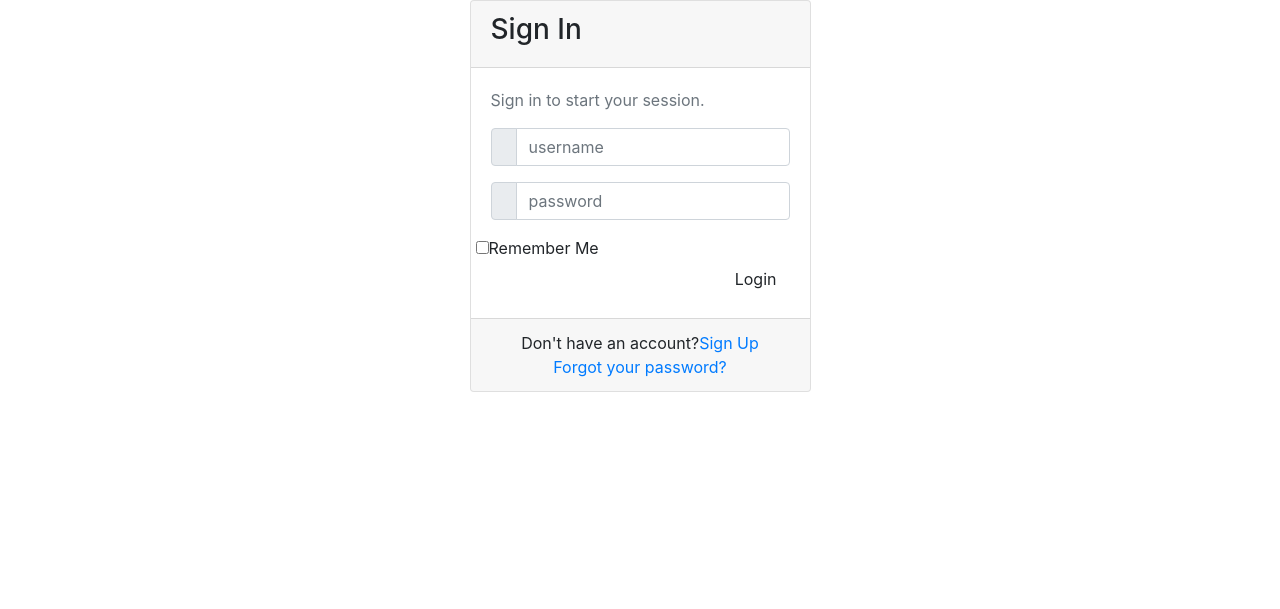
Repository: afsanarozan/viue-js
Page: /login
An editor plug-in stored every save of this project. The page is shown before and after the next save, followed by the edit.
The browser window is 1280 px wide. The pictures show the whole page.
Some web fonts or font styles are not loaded; a fallback is used. The project was rebuilt for these pictures with package versions that can differ from the ones it lists, and the page was loaded fresh each time. Also part of the build but not shown: src/components/modalEdit.vue, src/components/modalAdd.vue, src/components/Items.vue, src/views/Home/home.vue, src/views/Home/name.vue, src/views/Home/update.vue, src/views/Home/price.vue, src/views/Home/search.vue and 2 more.

Above is the page before, as saved 2020-10-02 09:27:32.

### public/index.html
<!DOCTYPE html>
<html lang="en">
  <head>
    <meta charset="utf-8">
    <meta http-equiv="X-UA-Compatible" content="IE=edge">
    <meta name="viewport" content="width=device-width,initial-scale=1.0">
    <link rel="icon" href="<%= BASE_URL %>favicon.ico">
    <title>Food</title>
    <!-- <%= htmlWebpackPlugin.options.title %> -->
    <!-- Font -->
    <link href="https://fonts.cdnfonts.com/css/airbnb-cereal-app?styles=36584" rel="stylesheet">
  </head>
  <body>
    <noscript>
      <strong>We're sorry but <%= htmlWebpackPlugin.options.title %> doesn't work properly without JavaScript enabled. Please enable it to continue.</strong>
    </noscript>



    <div id="app">

    </div>
    <!-- built files will be auto injected -->
     </body>
</html>

### src/main.js
import Vue from 'vue'
import App from './App.vue'
import router from './router'

import BootstrapVue, { BootstrapVueIcons } from 'bootstrap-vue'
import 'bootstrap/dist/css/bootstrap.css'
import 'bootstrap-vue/dist/bootstrap-vue.css'

Vue.config.productionTip = false
Vue.use(BootstrapVue)
Vue.use(BootstrapVueIcons)


new Vue({
  router,
  render: h => h(App),
}).$mount('#app')

### src/App.vue
<template>

    <div id="app">
      <router-view></router-view>
    </div>

</template>

<script>
export default {
  name: 'App',
}

</script>

<style></style>

### src/router.js
import Vue from "vue"
import VueRouter from "vue-router"
import home  from  './views/Home/home'
import name from './views/Home/name'
import update from './views/Home/update'
import price from './views/Home/price'
import search from './views/Home/search'
import about from './views/History/history'
import profile from './views/Profile/profile'
import login from './views/login/login'

Vue.use(VueRouter)

const routes = [
    {
        path: "/",
        name: "home",
        component: home,
    },
    {
        path: "/login",
        name: "login",
        component: login,
    },
    {
        path: "/history",
        name: "history",
        component: about,
    },
    {
        path: "/profile",
        name: "profile",
        component: profile,
    },
    {
        path: "/name",
        name: "name",
        component: name
    },
    {
        path: "/update",
        name: "update",
        component: update
    },
    {
        path: "/price",
        name: "price",
        component: price
    },
    {
        path: "/search",
        name: "search",
        component: search
    },
]

const mainRouter = new VueRouter({
    mode: 'history',
    routes,
})

export default  mainRouter

### src/views/login/login.vue
<template>
<div class="container">
        <div class="d-flex justify-content-center h-100">
            <div class="card">
                <div class="card-header">
                    <h3>Sign In</h3>
                </div>
                <div class="card-body">
                    <p v-if="!wrongCred" class="text-muted">Sign in to start your session.</p>
                    <p v-if="wrongCred" class="text-muted" >Wrong credentials entered!. Please enter your correct details.</p>
                    <form v-on:submit.prevent="loginUser">
                        <div class="input-group form-group">
                            <div class="input-group-prepend">
                                <span class="input-group-text"><i class="fas fa-user"></i></span>
                            </div>
                            <input type="text" v-model="username" class="form-control" placeholder="username">

                        </div>
                        <div class="input-group form-group">
                            <div class="input-group-prepend">
                                <span class="input-group-text"><i class="fas fa-key"></i></span>
                            </div>
                            <input v-model="password" type="password" class="form-control" placeholder="password">
                        </div>
                        <div class="row align-items-center remember">
                            <input type="checkbox">Remember Me
                        </div>
                        <div class="form-group">
                            <input type="submit" value="Login" class="btn float-right login_btn">
                        </div>
                    </form>
                </div>
                <div class="card-footer">
                    <div class="d-flex justify-content-center links">
                        Don't have an account?<a href="#">Sign Up</a>
                    </div>
                    <div class="d-flex justify-content-center">
                        <a href="#">Forgot your password?</a>
                    </div>
                </div>
            </div>
        </div>
    </div>
</template>

<script>

 export default {
    name: 'login',
    data () {
      return {
        username: '',
        password: '',
        wrongCred: false
      }
    },
    methods: {
      loginUser () {
        this.$store.dispatch('loginUser', {
          username: this.username,
          password: this.password
        })
            .then(() => {
              this.wrongCred = false
              this.$router.push({ name: 'home' })
            })
          .catch(err => {
            console.log(err)
            this.wrongCred = true
          })
        },
      },
  }
</script>

<style lang="scss" scoped>

</style>

After the next save:
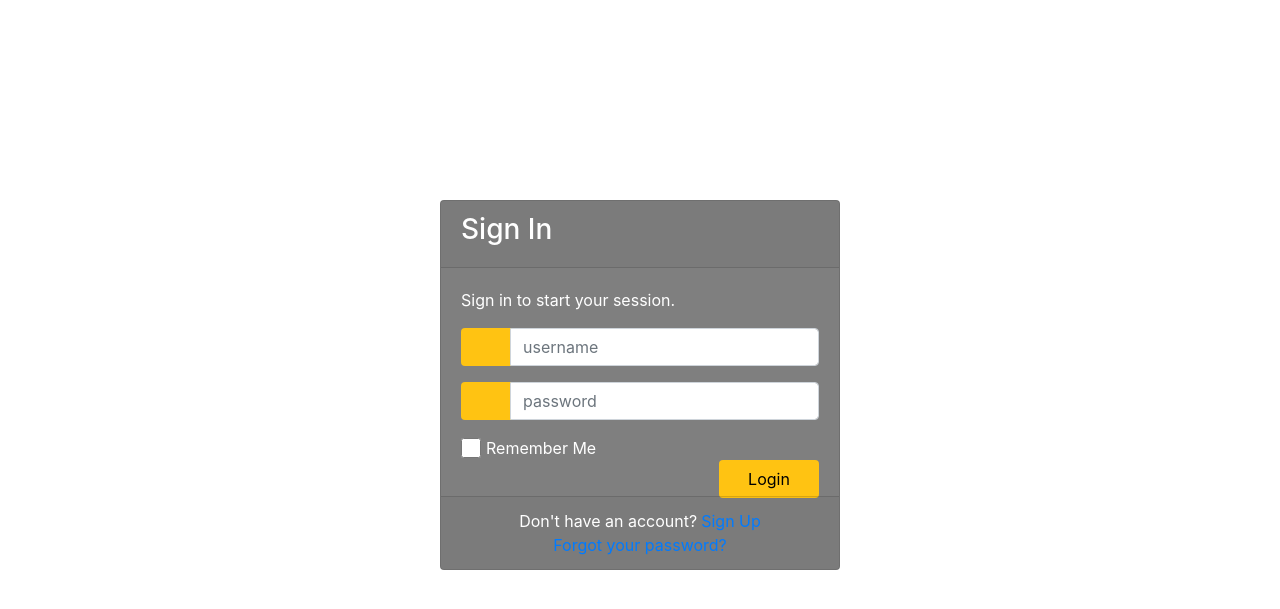
Saved 4 min 42 s later.
--- a/src/views/login/login.vue
+++ b/src/views/login/login.vue
@@ -74,5 +74,70 @@
 </script>
 
 <style lang="scss" scoped>
-
+.container{
+height: 100%;
+align-content: center;
+}
+.card{
+height: 370px;
+margin-top: 200px;
+margin-bottom: auto;
+width: 400px;
+background-color: rgba(0,0,0,0.5) !important;
+}
+.social_icon span{
+font-size: 60px;
+margin-left: 10px;
+color: #FFC312;
+}
+.social_icon span:hover{
+color: white;
+cursor: pointer;
+}
+.card-header h3{
+color: white;
+}
+.social_icon{
+position: absolute;
+right: 20px;
+top: -45px;
+}
+.input-group-prepend span{
+width: 50px;
+background-color: #FFC312;
+color: black;
+border:0 !important;
+}
+input:focus{
+outline: 0 0 0 0  !important;
+box-shadow: 0 0 0 0 !important;
+}
+.remember{
+color: white;
+}
+.remember input
+{
+width: 20px;
+height: 20px;
+margin-left: 15px;
+margin-right: 5px;
+}
+.login_btn{
+color: black;
+background-color: #FFC312;
+width: 100px;
+}
+.login_btn:hover{
+color: black;
+background-color: white;
+}
+.links{
+color: white;
+}
+.links a{
+margin-left: 4px;
+}
+.text-muted{
+    color: white !important;
+}
 </style>
